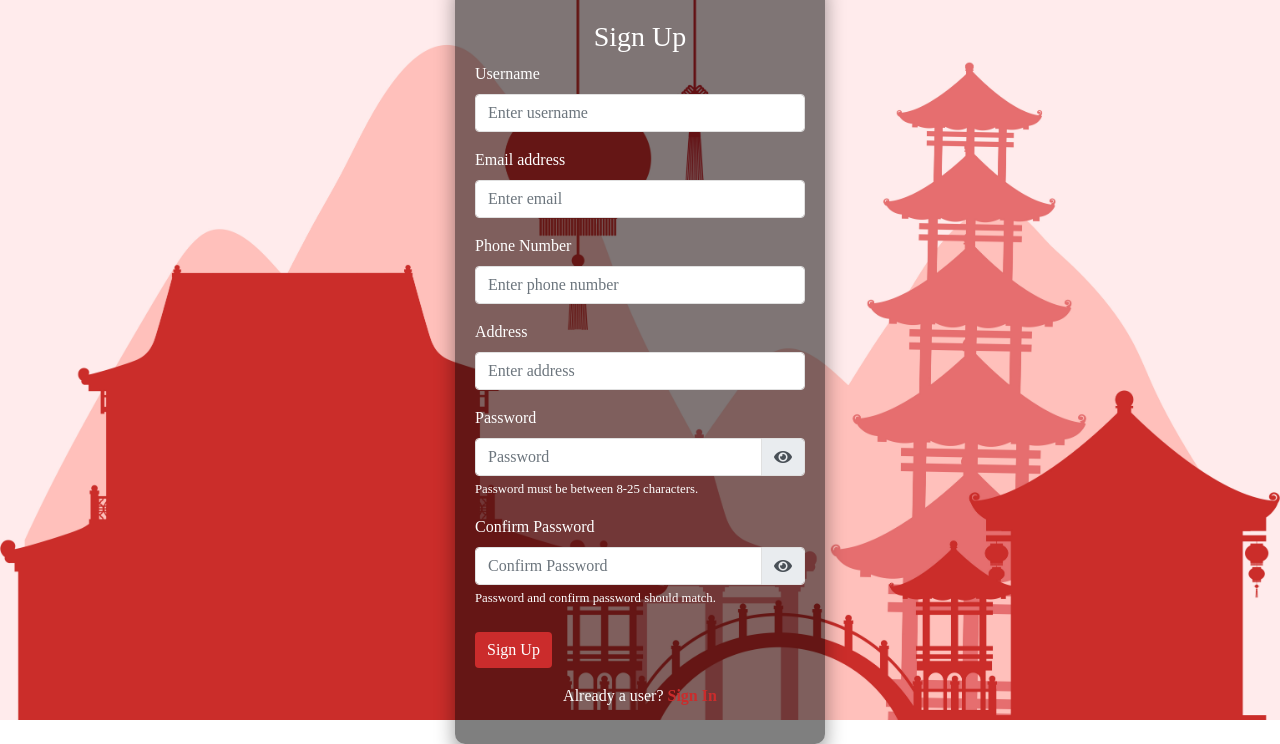
Repository: KARUPPAIYA77/Royal-Kitchen
Page: http://localhost/RoyalKitchen/signUp.jsp
These files come from the project's save history. The page is drawn as it stood at one moment and after the next save; the edit follows.
The browser window is 1280 px wide. The pictures show the whole page.
Some web libraries are served in a nearby version. The page is served by Tomcat 9.

Above is the page before, as saved 2025-03-04 06:49:45.

After the next save:
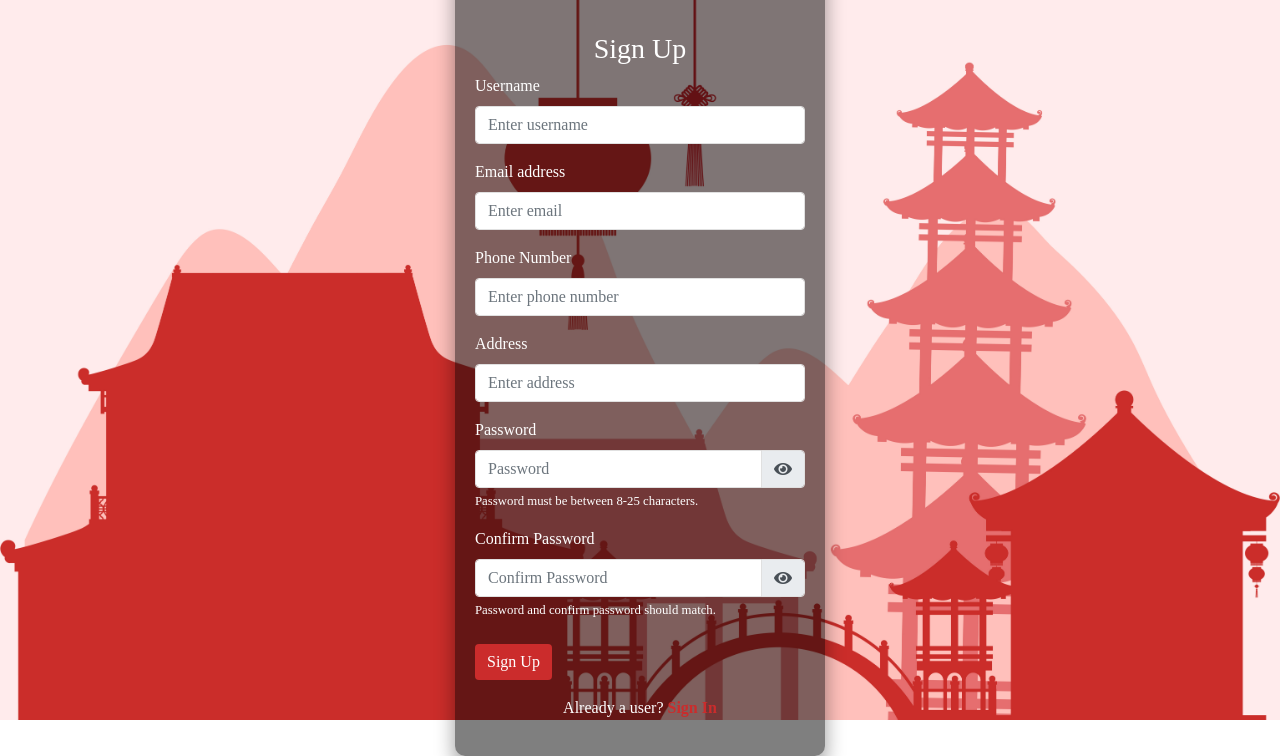
Saved 2 min 6 s later.
--- a/RoyalKitchen/src/main/webapp/signUp.jsp
+++ b/RoyalKitchen/src/main/webapp/signUp.jsp
@@ -57,7 +57,7 @@
                 The heading of the sign-up form
                 <p>Displayed as the form title</p>
                 -->
-				<h3 class="text-center mt-4">Sign Up</h3>
+				<h3 class="text-center mt-5">Sign Up</h3>
 
 				<!--
                 The sign-up form
